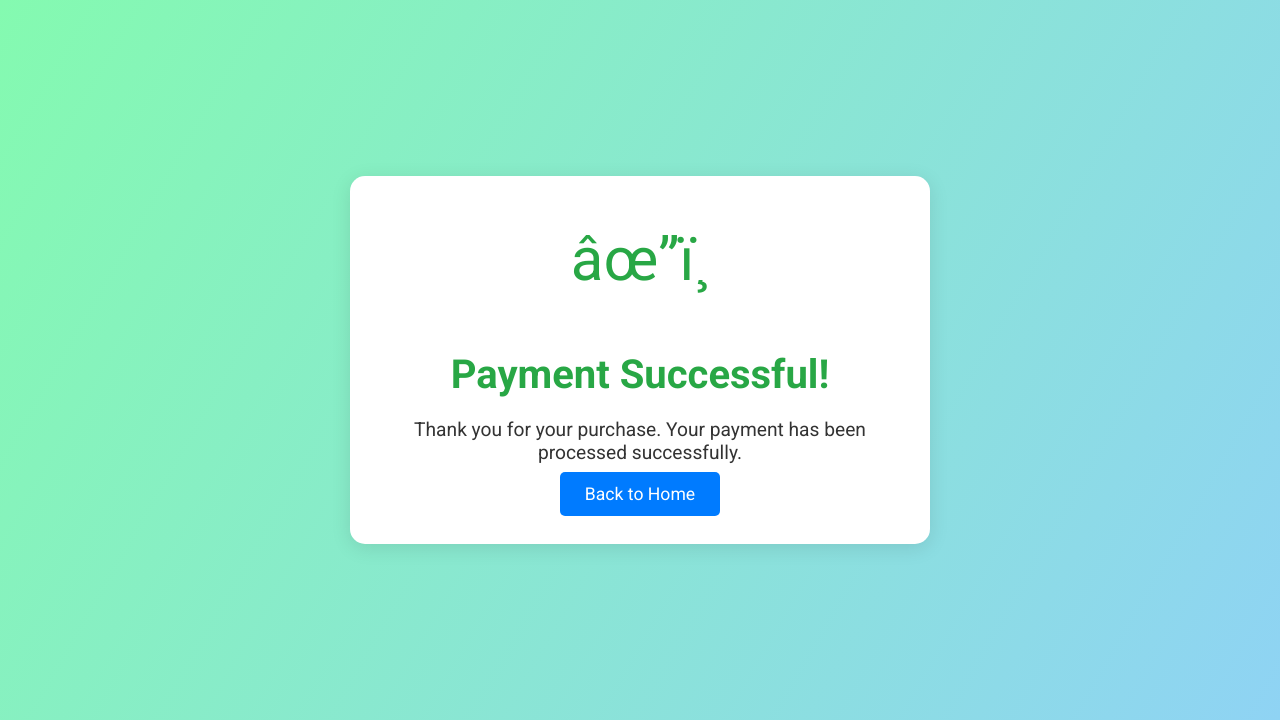
Repository: Masood395/Food-App
Page: http://localhost/FoodApp/paymentConfirmation.jsp
An editor plug-in stored every save of this project. The page is shown before and after the next save, followed by the edit.
The browser window is 1280 px wide. The pictures show the whole page.
The page is served by Tomcat 9. Other server files are loaded and not shown.

Above is the page before, as saved 2024-11-20 08:53:04.

### FoodApp/src/main/webapp/paymentConfirmation.jsp
<!DOCTYPE html>
<html lang="en">
<head>
    <meta charset="UTF-8">
    <title>Payment Confirmation</title>
    <link href="https://fonts.googleapis.com/css2?family=Roboto:wght@400;700&display=swap" rel="stylesheet">
    <style>
        /* Styling for confirmation page */
        body {
            display: flex;
            justify-content: center;
            align-items: center;
            height: 100vh;
            margin: 0;
            background: linear-gradient(120deg, #84fab0, #8fd3f4);
            font-family: 'Roboto', sans-serif;
            animation: fadeIn 1s ease-in;
        }

        @keyframes fadeIn {
            from { opacity: 0; }
            to { opacity: 1; }
        }

        .confirmation-container {
            background: white;
            padding: 40px;
            border-radius: 15px;
            box-shadow: 0 4px 20px rgba(0, 0, 0, 0.1);
            text-align: center;
            max-width: 500px;
            width: 100%;
            position: relative;
        }

        .confirmation-container h2 {
            color: #28a745;
            font-size: 2.5em;
            margin-bottom: 10px;
            animation: slideIn 0.5s ease-in-out;
        }

        @keyframes slideIn {
            from { transform: translateY(-20px); opacity: 0; }
            to { transform: translateY(0); opacity: 1; }
        }

        .confirmation-container p {
            font-size: 1.2em;
            margin: 20px 0;
            color: #333;
        }

        .success-icon {
            font-size: 60px;
            color: #28a745;
            margin-bottom: 20px;
        }

        .transaction-summary {
            background: #f9f9f9;
            border-radius: 10px;
            padding: 20px;
            margin: 20px 0;
            box-shadow: 0 2px 10px rgba(0, 0, 0, 0.1);
            text-align: left;
        }

        .transaction-summary h3 {
            margin: 0;
            color: #007bff;
            font-size: 1.5em;
        }

        .transaction-summary p {
            margin: 5px 0;
            font-size: 1em;
        }

        .confirmation-container .back-button {
            background: #007bff;
            color: white;
            padding: 12px 25px;
            border: none;
            border-radius: 5px;
            cursor: pointer;
            text-decoration: none;
            font-size: 1.1em;
            transition: background 0.3s ease;
        }

        .confirmation-container .back-button:hover {
            background: #0056b3;
        }

        /* Responsive design */
        @media (max-width: 600px) {
            .confirmation-container {
                padding: 20px;
            }

            .confirmation-container h2 {
                font-size: 2em;
            }

            .transaction-summary h3 {
                font-size: 1.3em;
            }
        }
    </style>
</head>
<body>

<div class="confirmation-container">
    <div class="success-icon">✔️</div>
    <h2>Payment Successful!</h2>
    <p>Thank you for your purchase. Your payment has been processed successfully.</p>

   <!--  <div class="transaction-summary">
        <h3>Transaction Summary</h3>
        <p><strong>Transaction ID:</strong> 123456789</p>
        <p><strong>Amount:</strong> $49.99</p>
        <p><strong>Date:</strong> October 23, 2023</p>
        <p><strong>Payment Method:</strong> Credit Card</p>
    </div> -->

    <a href="home.jsp" class="back-button">Back to Home</a>
</div>

</body>
</html>

After the next save:
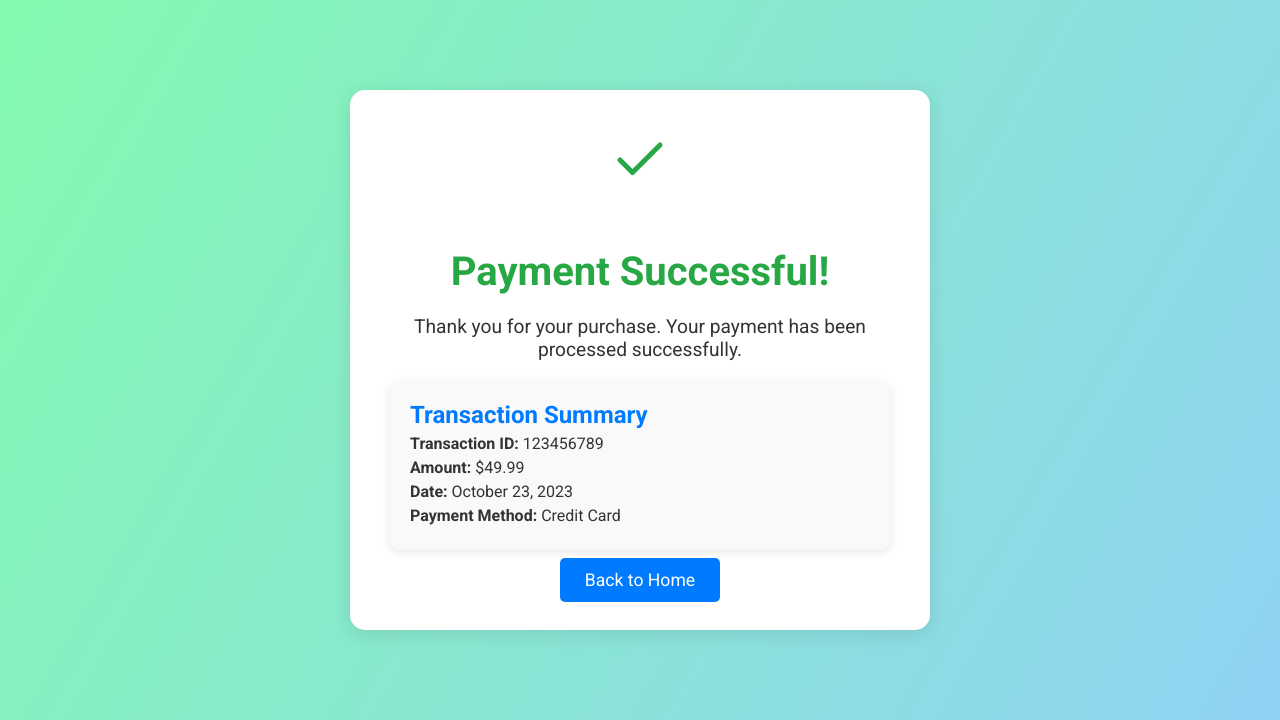
Saved 101 s later.
--- a/FoodApp/src/main/webapp/paymentConfirmation.jsp
+++ b/FoodApp/src/main/webapp/paymentConfirmation.jsp
@@ -52,8 +52,8 @@
         }
 
         .success-icon {
-            font-size: 60px;
-            color: #28a745;
+            width: 60px;
+            height: 60px;
             margin-bottom: 20px;
         }
 
@@ -112,20 +112,19 @@
 <body>
 
 <div class="confirmation-container">
-    <div class="success-icon">✔️</div>
+    <!-- SVG Checkmark Icon -->
+    <svg class="success-icon" xmlns="http://www.w3.org/2000/svg" viewBox="0 0 24 24" fill="none" stroke="#28a745" stroke-width="2" stroke-linecap="round" stroke-linejoin="round">
+        <path d="M20 6L9 17l-5-5"/>
+    </svg>
     <h2>Payment Successful!</h2>
     <p>Thank you for your purchase. Your payment has been processed successfully.</p>
 
-   <!--  <div class="transaction-summary">
+    <div class="transaction-summary">
         <h3>Transaction Summary</h3>
         <p><strong>Transaction ID:</strong> 123456789</p>
         <p><strong>Amount:</strong> $49.99</p>
         <p><strong>Date:</strong> October 23, 2023</p>
         <p><strong>Payment Method:</strong> Credit Card</p>
-    </div> -->
+    </div>
 
-    <a href="home.jsp" class="back-button">Back to Home</a>
-</div>
-
-</body>
-</html>
+    <a href="home.jsp" class="back-button">Back to Home
